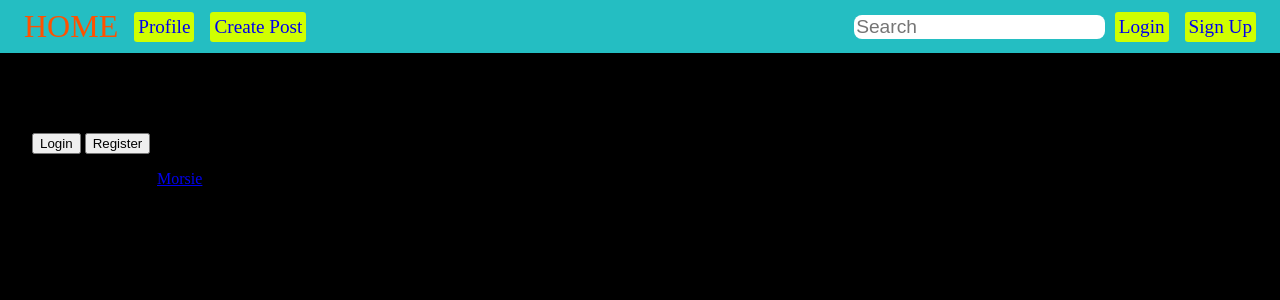
Repository: MorsChen/python-blog
Page: templates/home.html
An editor plug-in stored every save of this project. The page is shown before and after the next save, followed by the edit.
The browser window is 1280 px wide. The pictures show the whole page.
The page is served by the project's application, run on Flask 3 (default.py). The template is opened directly, without the code that normally fills it, so the values that code supplies are empty.

Above is the page before, as saved 2019-09-09 17:06:35.

### templates/home.html
{% extends 'index.html' %}

{% block content %}
<h1 style="text-align:center"> Hello world </h1>

{% if not current_user.is_authenticated %}
{% for post in posts %}
<li> {{post.title}} || {{post.body}} || {{post.users.username}} || {{post.created}} || {{post.updated}}
</li>

{%endfor%}
<button type="button" onclick="window.location.href=`{{url_for('login')}}`"> Login</button>
<button type="button" onclick="window.location.href=`{{url_for('register')}}`"> Register</button>
{% else %}
<h3>{{current_user.username}}</h3>
{% for post in posts %}
<li> <a href="{{url_for('single_post', id = post.id)}}">{{post.title}}</a> || {{post.body}} || {{post.users.username}} || {{post.created}} || {{post.updated}}
    <button type='button' onclick = "window.location.href=`{{url_for('editpost', id = post.id)}}`">Edit Post</button>
    <button type='button' onclick = "window.location.href=`{{url_for('new_comment', id = post.id)}}`">Comment</button>
</li>
{%endfor%}
<button type="button" onclick="window.location.href=`{{url_for('newpost')}}`"> Create New Post</button>
<button type="button" onclick="window.location.href=`{{url_for('profile')}}`"> Profile</button>
<button type="button" onclick="window.location.href=`{{url_for('logout')}}`"> Log Out</button>
{% endif %}
{% endblock %}

### templates/index.html
<!doctype html>
<html id="  ">
  <head>
    {% block head %}
    <link rel="stylesheet" href="{{ url_for('static', filename='style.css') }}">
    <title>{% block title %}{% endblock %} - My Blog Webpage</title>
    {% endblock %}
  </head>
  <body>
      <nav class="NavBar">
        <div class="nav-box-content">
            <div class="nav-box1">
                <a class="a-nav" href="{{url_for('main')}}">HOME</a>
                <a class="btn" href="{{url_for('profile')}}">Profile</a>
                <a class="btn" href="{{url_for('newpost')}}">Create Post</a>
            </div>
            <div class="nav-box2">
                <input class="ip-nav" placeholder="Search" >
                <a class="btn" href="{{url_for('login')}}">Login</a>
                <a class="btn" href="{{url_for('register')}}">Sign Up</a>

            </div>
        </div>
      </nav>

      <div id="content">
          {% with messages = get_flashed_messages(with_categories=true) %}
          <!-- Categories: success (green), info (blue), warning (yellow), danger (red) -->
          {% if messages %}
            {% for category, message in messages %}
              <div class="alert alert-{{ category }} alert-dismissible" role="alert">
              <button type="button" class="close" data-dismiss="alert" aria-label="Close"><span aria-hidden="true">&times;</span></button>
              <!-- <strong>Title</strong> --> {{ message }}
              </div>
            {% endfor %}
          {% endif %}
        {% endwith %}

    <div id="content">{% block content %}{% endblock %}</div>
    <div id="footer">
      {% block footer %}
      &copy; Copyright 2010 by <a href="http://domain.invalid/">Morsie</a>.
      {% endblock %}
    </div>
  </body>
</html>

### default.py
import os
from flask import Flask, request, render_template, redirect, url_for, flash
from flask_migrate import Migrate
from flask_sqlalchemy import SQLAlchemy
from werkzeug.security import generate_password_hash, check_password_hash
from datetime import datetime
from flask_wtf import FlaskForm
from wtforms import StringField, SubmitField, PasswordField
from wtforms.validators import DataRequired, Email, EqualTo, ValidationError, Length
from flask_login import LoginManager, UserMixin, login_user, logout_user, current_user, login_required

#setting
app = Flask(__name__)
db = SQLAlchemy(app)
app.config['SECRET_KEY']="SUPERSECRET"

migrate = Migrate(app,db)

login_manager = LoginManager(app)
login_manager.init_app(app)
login_manager.login_view = 'login'


#setting connection
POSTGRES = {
    'user': "khoa",
    'pw': "zzz",
    'db': 'bloghehe',
    'host': "localhost",
    'port': 5432,
}
app.config['SQLALCHEMY_DATABASE_URI'] = 'postgresql://%(user)s:%(pw)s@%(host)s:\
%(port)s/%(db)s' % POSTGRES







#define models

class Users(UserMixin, db.Model):
  id = db.Column(db.Integer, primary_key=True)
  username = db.Column(db.String, nullable=False, unique=True)
  email = db.Column(db.String, nullable=False, unique=True)
  password = db.Column(db.String, nullable=False)
  posts = db.relationship("Posts", backref="users", lazy="dynamic")
  comments = db.relationship("Comments", backref="users", lazy="dynamic")

  def set_pass(self,passw):
    self.password =  generate_password_hash(passw)
  def check_pass(self,passw):
    return check_password_hash(self.password,passw)

class Posts(db.Model):
  id = db.Column(db.Integer, primary_key=True)
  title = db.Column(db.String, nullable=False)
  body = db.Column(db.String, nullable=False)
  created = db.Column(db.DateTime, nullable=False)
  updated = db.Column(db.DateTime)
  author =  db.Column(db.Integer, db.ForeignKey('users.id'), nullable=False)
  comments = db.relationship('Comments', backref="posts", lazy="dynamic")

class Comments(db.Model):
  id = db.Column(db.Integer, primary_key=True)
  body = db.Column(db.String, nullable=False)
  created = db.Column(db.DateTime, nullable=False)
  updated = db.Column(db.DateTime)
  author =  db.Column(db.Integer, db.ForeignKey('users.id'), nullable=False)
  post = db.Column(db.Integer, db.ForeignKey('posts.id'), nullable=False)

db.create_all()


@login_manager.user_loader
def load_user(user_id):
    return Users.query.get(user_id)



#define forms
class Register(FlaskForm):
  username = StringField("User Name", validators=[DataRequired("Please input your username"), Length(min=3, max=20, message="username must have at least 3 char and max 20 chars")])
  email = StringField("Email address", validators=[DataRequired(), Email("Please input an appropriate email address")])
  password = StringField("Password", validators=[DataRequired(), EqualTo("confirm")])
  confirm = StringField("Password", validators=[DataRequired()])
  submit = SubmitField("Register")

  def validate_username(self, field):
        if Users.query.filter_by(username=field.data).first() :
            raise ValidationError("Your username has been registered!!")
  def validate_email(self, field):
        if Users.query.filter_by(email=field.data).first() :
            raise ValidationError("Your email has been registered!!")


class Login(FlaskForm):
  email = StringField("Email address", validators=[DataRequired(), Email("Please input an appropriate email address")])
  password = PasswordField("Password", validators=[DataRequired()])
  submit = SubmitField("Login")

class NewPost(FlaskForm):
  title = StringField("Blog Title", validators=[DataRequired(), Length(min=3,max=255, message="min 3, max 255")])
  body = StringField("Content", validators=[DataRequired(), Length(min=3,max=10000, message="min 3, max 10000")])
  submit = SubmitField("Post")

class New_comment(FlaskForm):
  body = StringField("Comment content", validators=[DataRequired(), Length(min=3, max=1000, message="min 3, max 1000")])
  submit = SubmitField("Comment")

@app.route('/register', methods=['post','get'])
def register():
  form = Register()

  if request.method=="POST":
    if form.validate_on_submit():
      new_user = Users(username = form.username.data,
                        email = form.email.data,
                        )
      new_user.set_pass(form.password.data)
      db.session.add(new_user)
      db.session.commit()
      return redirect(url_for("home"))
    else:
      for field_name, errors in form.errors.items():
          flash(errors)
      return redirect((url_for('register')))
  return render_template('register.html', form = form)

@app.route('/login', methods=['post','get'])
def login():
  form = Login()
  if request.method == 'POST':
    check = Users.query.filter_by(email=form.email.data).first()
    if check :
      if check.check_pass(form.password.data):
        login_user(check)
        return redirect(url_for("home"))
    else:
      flash(["email address not exist"])
      return redirect(url_for('register'))
  return render_template('login.html', form = form)

@app.route('/logout')
@login_required
def logout():
  logout_user()
  return redirect(url_for('login'))

@app.route('/')
def home():
  posts = Posts.query.all()
  return render_template('index.html', posts = posts)


@app.route('/newpost', methods=['post', 'get'])
@login_required
def newpost():
  form = NewPost()
  if request.method == 'POST':
    new_post = Posts(title=form.title.data,
                    body=form.body.data,
                    created = datetime.now())
    current_user.posts.append(new_post)
    db.session.add(new_post)
    db.session.commit()
    return "ok"
  return render_template('newpost.html', form=form)

@app.route('/editpost/<id>', methods=['post','get'])
@login_required
def edit_post(id):
  form = NewPost()
  post = Posts.query.filter_by(id=id, author = current_user.id).first()
  if not post:
    flash([["you are not allowed to edit this post"]])
    return redirect(url_for("home"))
  else:
    if request.method == 'POST':
      post.title = form.title.data
      post.body = form.body.data
      post.updated = datetime.now()
      db.session.commit()
      return "ok"
      # return redirect(url_for('post'))
  return render_template('editpost.html', form = form )

@app.route('/delete_post/<id>', methods=['get'])
@login_required
def delete_post(id):
  post = Posts.query.filter_by(id=id, author=current_user.id).first()
  if post:
    db.session.delete(post)
    db.session.commit()
  else:
    flash(['You are not allowed to delete this post'])
  return redirect(url_for('home'))

@app.route('/single_post/<id>', methods=['get'])
def single_post(id):
  post = Posts.query.filter_by(id=id).first()  # 1 item
  comments = post.comments.all()  # a list
  return render_template('single_post.html', post = post, comments = comments)


@app.route('/posts/<id>/comments', methods=['POST','GET'])
def new_comment(id):
  form = New_comment()
  if request.method == 'POST':
    if form.validate_on_submit():
      post = Posts.query.filter_by(id=id).first()
      c = Comments(body=form.body.data,
                    created = datetime.now(),
                    # author = current_user.id,
                    )
      current_user.comments.append(c) # autho
      post.comments.append(c)      # post
      db.session.add(c)
      db.session.commit()
      return redirect(url_for('single_post', id=id))
    else:
      for field_name, errors in form.errors.items():
          flash(errors)
      return redirect((url_for('new_comment')))
  return render_template('new_comment.html', form = form)



@app.route('/khoa', methods=['get','options',"DELETE"])
def khoa():
  if request.method == "DELETE":
    return "KHOA IS COOL"
  return "NOPE"


if __name__ == "__main__":
  app.run(debug=True, port=5001)

### static/style.css
body{
    background-color: black;
    margin: 0;
}

.NavBar {
 background-color: aqua;
}

.nav-box-content{
    display: flex;
    position: sticky;
    /* margin: 0.5rem; */
    justify-content: space-between;
    top: 0;
    padding: 0 1rem 0 1rem;
    text-align: center;
    align-items: center;
    align-content: center;
    background-color: rgba(70, 128, 136, 0.514);
    /* opacity: 0.5; */
    font-size: 3rem;
}

.nav-box1 {
    display: flex;
    text-align: center;
    align-items: center;
    align-content: center;
}

.nav-box2 {
    display: flex;
    text-align: center;
    align-items: center;
    align-content: center;
}

.a-nav {
    text-decoration: none;
    font-size: 2rem;
    color: rgb(255, 81, 0);
    margin: 0.5rem;
}

.ip-nav{
    border: none;
    font-size: 1.2rem;
    border-radius: 0.5rem;
    text-justify: center;
    margin: 0.1rem;
    padding:0,1rem;
    text-align: left;
}

.btn {
    border: none;
    text-decoration: none;
    border-radius: 0.2rem;
    background-color: rgb(208, 255, 0);
    text-align: center;
    text-justify: center;
    padding: 0.25rem;
    margin: 0.5rem;
    font-size: 1.2rem;
}

#content {
    margin: 1rem;
}

After the next save:
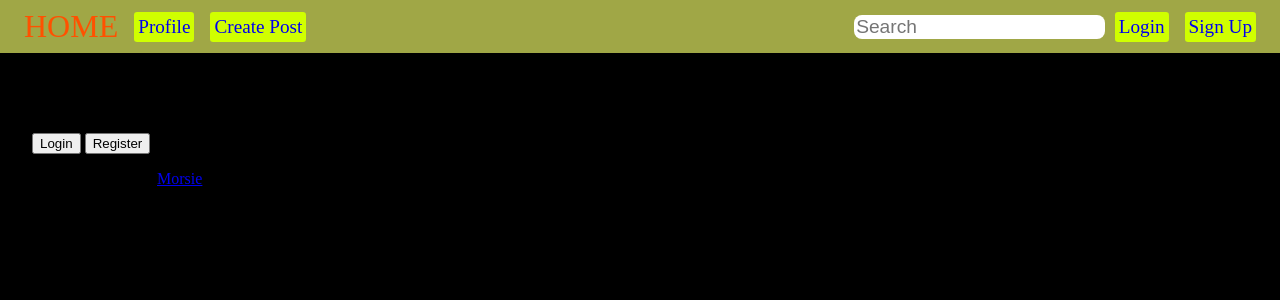
Saved 13 s later.
--- a/static/style.css
+++ b/static/style.css
@@ -4,7 +4,7 @@ body{
 }
 
 .NavBar {
- background-color: aqua;
+ background-color: rgb(255, 208, 0);
 }
 
 .nav-box-content{
